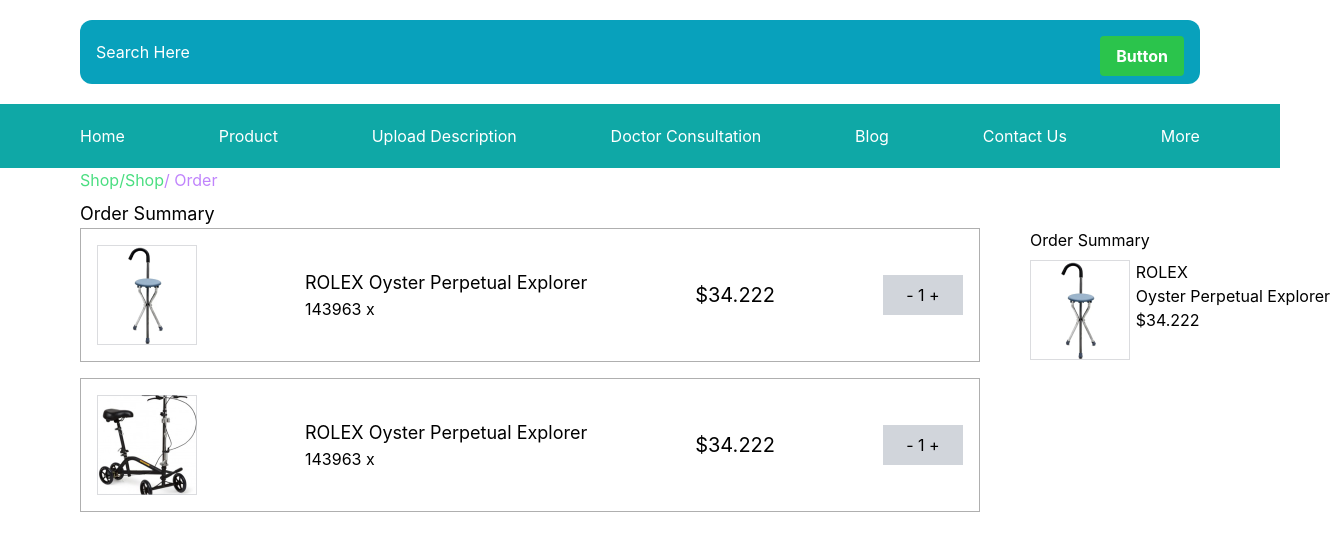
Repository: arafatmollah/pharma
Page: /
An editor plug-in stored every save of this project. The page is shown before and after the next save, followed by the edit.
The browser window is 1280 px wide. The page is 1330 px wide, so the pictures cover 1330 px, including what lies to the right of the window. The pictures show the whole page.
The project was rebuilt for these pictures with package versions that can differ from the ones it lists, and the page was loaded fresh each time.

Above is the page before, as saved 2023-03-12 22:09:30.

### src/App.js

import './App.css';
import Nav from './Nav';
import Order from './Order';

function App() {
  return (
    <div className="App">
      <Nav></Nav>
      <Order></Order>
    </div>
  );
}

export default App;

### src/App.css
.box-border{
    background-color: #08A1BC;
}
.btn {
    @apply font-bold py-2 px-4 rounded;
    background-color: #2BC44C;
    color: white;
  }
  .btn-blue {
    @apply bg-blue-500 text-white;
  }
  .btn-blue:hover {
    @apply bg-blue-700;
  }
.nav{
    background-color: #0FA8A6;
}
.order{
    border: 1px solid rgb(175, 175, 175);
    border: 100%;
}
.list{
  display: grid;
  grid-template-columns: 900px 300px;
  grid-gap: 50px;
}

### src/Nav.js
import React from 'react'
import './App.css';

function Nav() {
  return (
    <div>
        <div className='box-border h-16 w-100 p-4 mx-20 my-5 rounded-xl'>
          <div className='flex justify-between align-middle'>
                <p className='text-white mt-1'>Search Here</p>
                <button class="btn mb-1"> Button</button>
          </div>
        </div>
        <div className='box-border h-16 w-100 nav'>
            <div className='flex mx-20 items-center justify-between text-white'>
            <div className='mt-5'>Home</div>
            <div className='mt-5'> Product</div>
            <div className='mt-5'>Upload Description</div>
            <div className='mt-5'>Doctor Consultation</div>
            <div className='mt-5'>Blog</div>
            <div className='mt-5'>Contact Us</div>
            <div className='mt-5'>More</div>
            </div>
        </div>
    </div>
  )
}

export default Nav

### src/Order.js
import React from 'react'
import img from './images/img.png'
import im from './images/im.png'

function order() {
  return (
    <div>
        <div className='flex mx-20'>
            <p className='text-green-400'>Shop</p>
            <p className='text-green-400'>/Shop</p>
            <p className='text-purple-400'>/ Order</p>
        </div>
        <div className='mt-2 mx-20'>
          <h3 className='text-lg'>Order Summary</h3>
        </div>
        <div className='mx-20 list'>
          <div>
          <div className='flex border-box p-4 w-100 order justify-center items-center justify-between'>
            <div>
              <img src={img}></img>
            </div>
            <div>
              <h1 className='text-lg'>ROLEX Oyster Perpetual Explorer</h1>
              <p>143963 x</p>
            </div>
            <div>
              <h3 className='text-xl'>$34.222</h3>
            </div>
            <div className='bg-gray-300 h-10 w-20 flex justify-center items-center'>
                - 1 +
              </div>
          </div>
          <div className='flex border-box p-4 order mt-4 justify-between justify-center items-center'>
            <div>
              <img src={im}></img>
            </div>
            <div>
              <h1 className='text-lg'>ROLEX Oyster Perpetual Explorer</h1>
              <p>143963 x</p>
            </div>
            <div>
              <h3 className='text-xl'>$34.222</h3>
            </div>
            <div>
              <div className='bg-gray-300 h-10 w-20 flex justify-center items-center'>
                - 1 +
              </div>
            </div>
          </div>
          </div>
          <div>
            Order Summary
          <div className='flex justify-between my-2'>
            <img src={img}></img>
            <div>
              <p>ROLEX</p>
              <h3>Oyster Perpetual Explorer</h3>
              <p>$34.222</p>
            </div>
          </div>
        </div>
        </div>

    </div>
  )
}

export default order

Loaded but not shown: public/index.html (common file); src/index.js (common file); src/index.css (common file); src/reportWebVitals.js (common file); tailwind.config.js (common file)

After the next save:
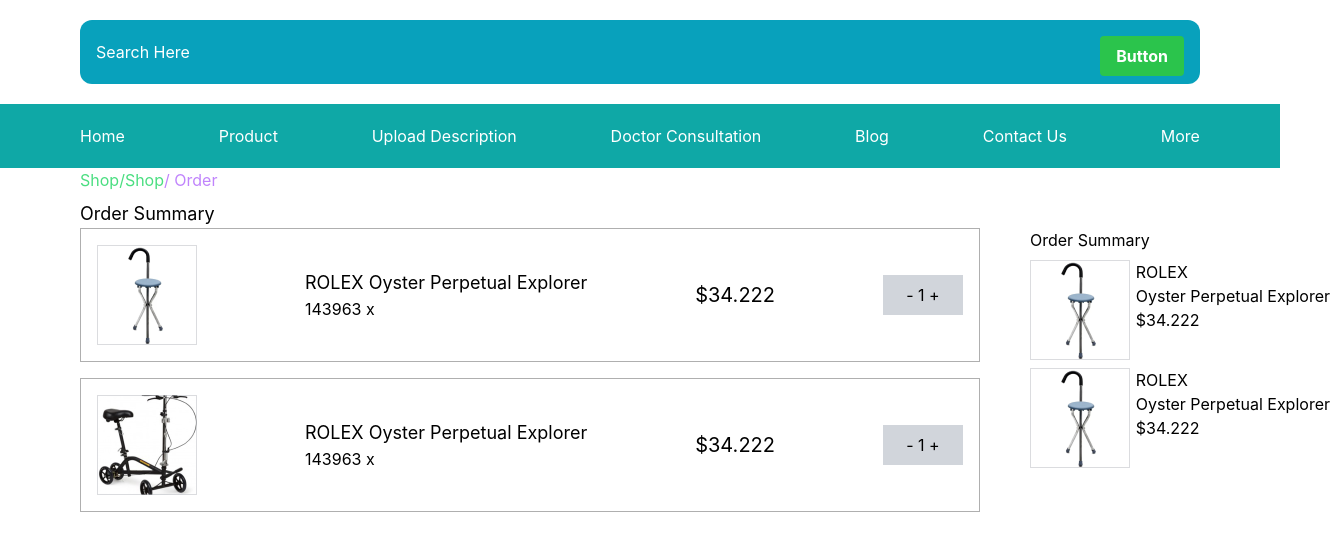
Saved 28 s later.
--- a/src/Order.js
+++ b/src/Order.js
@@ -58,6 +58,14 @@ function order() {
               <p>$34.222</p>
             </div>
           </div>
+          <div className='flex justify-between my-2'>
+            <img src={img}></img>
+            <div>
+              <p>ROLEX</p>
+              <h3>Oyster Perpetual Explorer</h3>
+              <p>$34.222</p>
+            </div>
+          </div>
         </div>
         </div>
 
